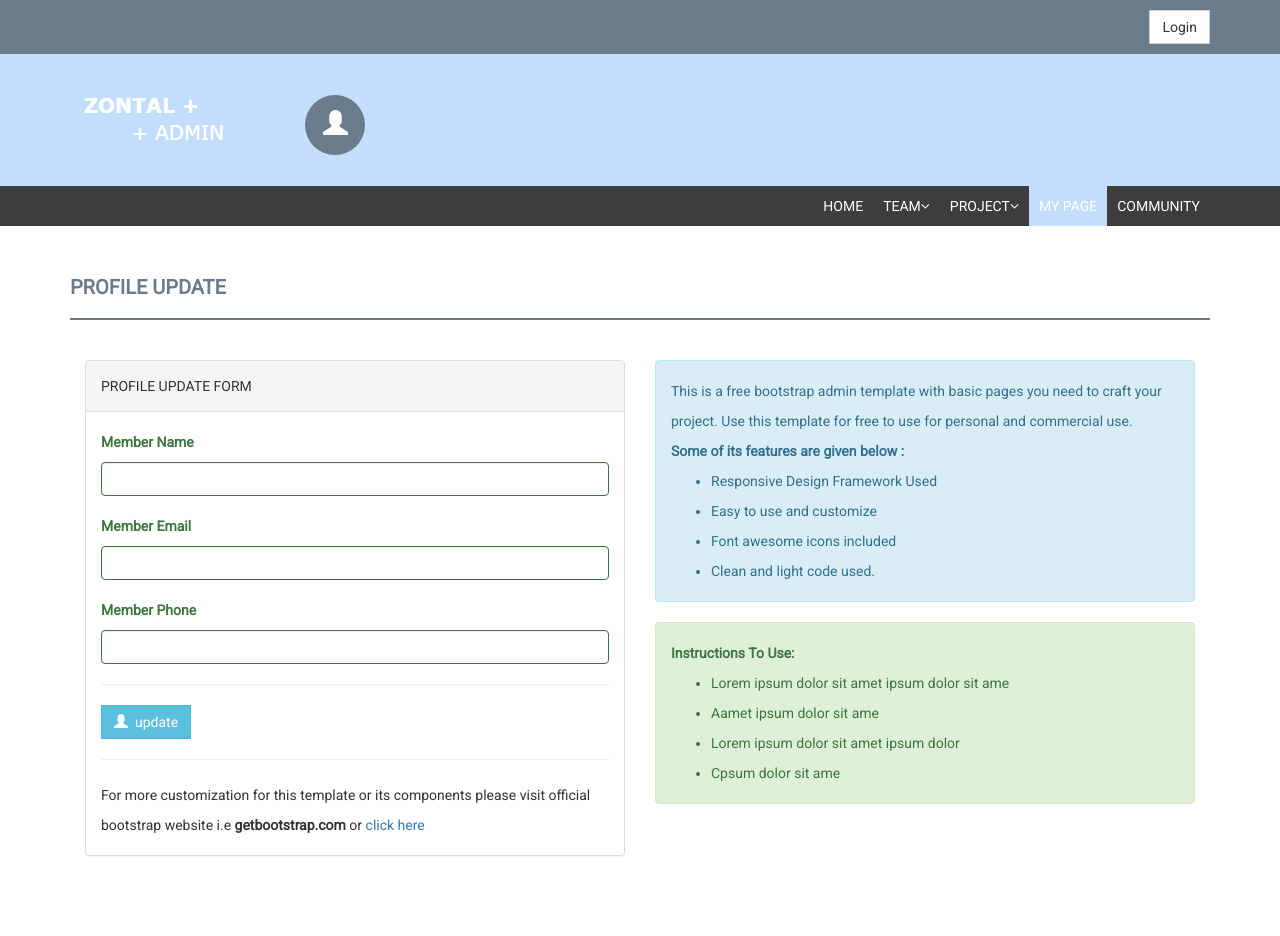
Repository: hwju91/skuniv
Page: http://localhost/0903.2/WEB-INF/jsp/mypage/profileupdateform.jsp
The author's editor kept a copy of each file at every save. The page is drawn from the files as they stood at one save, then again after the next save.
The browser window is 1280 px wide. The pictures show the whole page.
The page is served by Tomcat 9. Nobody is signed in. Other server files are loaded and not shown. The template is opened directly, without the code that normally fills it, so the values that code supplies are empty.

Above is the page before, as saved 2016-09-09 16:02:21.

### 0903.2/WebContent/WEB-INF/jsp/mypage/profileupdateform.jsp
<%@ page language="java" contentType="text/html; charset=UTF-8"
    pageEncoding="UTF-8"%>
    <%@taglib prefix="c" uri="http://java.sun.com/jsp/jstl/core"%>
<jsp:include page="../header_basic.jsp" />
<jsp:include page="../nav.jsp" />
<jsp:include page="../menu_mypage.jsp" />
<!DOCTYPE html PUBLIC "-//W3C//DTD HTML 4.01 Transitional//EN" "http://www.w3.org/TR/html4/loose.dtd">
<html>
<head>
<meta http-equiv="Content-Type" content="text/html; charset=UTF-8">
<title>Insert title here</title>
</head>
<body>


					<div class="row">
						<div class="col-md-12">
							<h4 class="page-head-line">profile update</h4>
						</div>
					</div>
			  					<div class="col-md-6">
			                        <div class="panel panel-default">
			                        <div class="panel-heading">
			                          PROFILE UPDATE FORM
			                        </div>
			                        <div class="panel-body">
                            			<form action="profileupdate" method="post">

                                        <div class="form-group has-success">
                                            <label class="control-label" for="success">Member Name</label>
                                            <input type="text" class="form-control" name="name" id="success" value="${member.name}"/>
                                        </div>
                                        <div class="form-group has-success">
                                            <label class="control-label" for="success">Member Email</label>
                                            <input type="text" class="form-control" name="email" id="success" value="${member.email}"/>
                                        </div>
                                        <div class="form-group has-success">
                                            <label class="control-label" for="success">Member Phone</label>
                                            <input type="text" class="form-control" name="phone" id="success" value="${member.phone}"/>
                                        </div>


                                        <hr/>
                                        <button type="submit" class="btn btn-info"><span class="glyphicon glyphicon-user"></span> &nbsp;update</button>&nbsp;
                                    </form>
                            <hr />



                            For more customization for this template or its components please
                             visit official bootstrap website i.e <strong> getbootstrap.com </strong> or
                            <a href="http://getbootstrap.com/css/#forms" target="_blank">click here</a>

                        </div>
                            </div>
                        </div>
                         <div class="col-md-6">
                    <div class="alert alert-info">
                        This is a free bootstrap admin template with basic pages you need to craft your project.
                        Use this template for free to use for personal and commercial use.
                        <br />
                         <strong> Some of its features are given below :</strong>
                        <ul>
                            <li>
                                Responsive Design Framework Used
                            </li>
                            <li>
                                Easy to use and customize
                            </li>
                            <li>
                                Font awesome icons included
                            </li>
                            <li>
                                Clean and light code used.
                            </li>
                        </ul>

                    </div>
                    <div class="alert alert-success">
                         <strong> Instructions To Use:</strong>
                        <ul>
                            <li>
                               Lorem ipsum dolor sit amet ipsum dolor sit ame
                            </li>
                            <li>
                                 Aamet ipsum dolor sit ame
                            </li>
                            <li>
                               Lorem ipsum dolor sit amet ipsum dolor
                            </li>
                            <li>
                                 Cpsum dolor sit ame
                            </li>
                        </ul>

                    </div>
                </div>

</body>
</html>

### 0903.2/WebContent/WEB-INF/jsp/header_basic.jsp
<%@ page language="java" contentType="text/html; charset=UTF-8"
    pageEncoding="UTF-8"%>
<!DOCTYPE html PUBLIC "-//W3C//DTD HTML 4.01 Transitional//EN" "http://www.w3.org/TR/html4/loose.dtd">
<html>
<head>
    <title>Winder</title>

    <link href="css/bootstrap.css" rel="stylesheet" />
    <link href="css/font-awesome.css" rel="stylesheet" />
    <link href="css/style.css" rel="stylesheet" />
    <!-- <link rel="stylesheet" href="https://cdnjs.cloudflare.com/ajax/libs/ionicons/2.0.1/css/ionicons.min.css"> -->

</head>
</head>

### 0903.2/WebContent/WEB-INF/jsp/nav.jsp
<%@ page language="java" contentType="text/html; charset=UTF-8"
    pageEncoding="UTF-8"%>
<body>
    <header>
        <div class="container">
            <div class="row">
                <div class="col-md-12">
                    <!-- <strong>Email: </strong>info@yourdomain.com
                    &nbsp;&nbsp;
                    <strong>Support: </strong>+90-897-678-44 -->
                    <%
                    if("loginok".equals((String)session.getAttribute("loginchk"))){
                    	%>
                    	<a class="btn btn-default" href="logout">Logout</a>
                    <%}
                    else{
                    %>
                    	<a class="btn btn-default" href="login">Login</a>
                    <% }%>

                </div>

            </div>
        </div>
    </header>
    <!-- HEADER END-->
    <div class="navbar navbar-inverse set-radius-zero">
        <div class="container">
            <div class="navbar-header">
                <button type="button" class="navbar-toggle" data-toggle="collapse" data-target=".navbar-collapse">
                    <span class="icon-bar"></span>
                    <span class="icon-bar"></span>
                    <span class="icon-bar"></span>
                </button>
                <a class="navbar-brand" href="index.html">
                    <img src="img/logo.png" />
                </a>

            </div>

            <div class="left-div">
                <div class="user-settings-wrapper">
                    <ul class="nav">

                        <li class="dropdown">
                            <a class="dropdown-toggle" data-toggle="dropdown" href="#" aria-expanded="false">
                                <span class="glyphicon glyphicon-user" style="font-size: 25px;"></span>
                            </a>
                            <div class="dropdown-menu dropdown-settings" style="color: #fff">
                                <div class="media">
                                    <a class="media-left" href="#">
                                        <img src="img/64-64.jpg" alt="" class="img-rounded" />
                                    </a>
                                    <div class="media-body">
                                        <h4 class="media-heading">Jhon Deo Alex </h4>
                                        <h5>Developer & Designer</h5>

                                    </div>
                                </div>
                                <hr />
                                <h5><strong>Personal Bio : </strong></h5>
                                Anim pariatur cliche reprehen derit.
                                <hr />
                                <a href="#" class="btn btn-info btn-sm">Full Profile</a>&nbsp; <a href="login.html" class="btn btn-danger btn-sm">Logout</a>

                            </div>
                        </li>


                    </ul>
                </div>
            </div>
        </div>
    </div>
    <!-- LOGO HEADER END-->

### 0903.2/WebContent/WEB-INF/jsp/menu_mypage.jsp
<%@ page language="java" contentType="text/html; charset=UTF-8"
    pageEncoding="UTF-8"%>
<%@taglib prefix="c"  uri="http://java.sun.com/jsp/jstl/core" %>
<section class="menu-section">
        <div class="container">
            <div class="row">
                <div class="col-md-12">
                    <div class="navbar-collapse collapse ">
                        <ul id="menu-top" class="nav navbar-nav navbar-right">
                            <li><a class="menu-top" href="home">Home</a></li>
                            <li class="dropdown">
                                <a href="#" class="dropdown-toggle" data-toggle="dropdown">Team<i class="fa fa-angle-down"></i></a>
                                <ul class="dropdown-menu">
                                    <li><a href="teamCreateform">팀 생성</a></li>
                                    <c:forEach items="${teammenu }" var="tmenu">
                                    <li><a href="projectlist?tno=${tmenu.tno }">${tmenu.name }</a></li>
                                    </c:forEach>
                                </ul>
                            </li>
                            <li class="dropdown">
                                <a href="#" class="dropdown-toggle" data-toggle="dropdown">Project<i class="fa fa-angle-down"></i></a>
                                <ul class="dropdown-menu">
                                    <li><a href="projectform">프로젝트 생성</a></li>
                                    <c:forEach items="${projectmenu }" var="pmenu">
                                    <li><a href="projectmain?pno=${pmenu.pno }">${pmenu.name }</a></li>
                                    </c:forEach>
                                </ul>
                            </li>
                             <li><a class="menu-top-active" href="mypage">My Page</a></li>
							 <li><a href="communitylist">Community</a></li>
                        </ul>
                    </div>
                </div>

            </div>
        </div>
    </section>
    <!-- MENU SECTION END-->
    <div class="content-wrapper">
        <div class="container">

### 0903.2/WebContent/css/style.css

/*=============================================================
    Authour URL: www.designbootstrap.com

    http://www.designbootstrap.com/

    License: MIT

    http://opensource.org/licenses/MIT

    100% Free To use For Personal And Commercial Use.

    IN EXCHANGE JUST TELL PEOPLE ABOUT THIS WEBSITE

========================================================  */


/* =============================================================
   GENERAL STYLES
 ============================================================ */

@import url(http://fonts.googleapis.com/css?family=Roboto); /* FREE GOOGLE FONT */

body {
    font-family: 'Roboto', sans-serif;
    line-height: 30px;
}

.set-radius-zero {
    border-radius: 0px;
    -moz-border-radius: 0px;
    -webkit-border-radius: 0px;
}

.content-wrapper {
    margin-top: 40px;
    min-height: 600px;
    padding-bottom: 60px;
}

.page-head-line {
    font-weight: 900;
    padding-bottom: 20px;
    border-bottom: 2px solid #6A7B8B;
    text-transform: uppercase;
    color: #6A7B8B;
    font-size: 20px;
    margin-bottom: 40px;
}

.btn {
    border-radius: 0px;
    -webkit-border-radius: 0px;
    -moz-border-radius: 0px;
}

.progress {
    height: 8px;
    border-radius: 0px;
    -webkit-border-radius: 0px;
    -moz-border-radius: 0px;
}
.login-icon {
    height: 60px;
width: 60px;
padding: 13px;
border-radius: 50%;
font-size: 30px;
margin-bottom: 20px;
color: #fff;
text-align: center;
cursor:pointer;
background-color:#6A7B8B;
-webkit-border-radius:50%;
    -moz-border-radius:50%;
}
/* =============================================================
   HEADER SECTION STYLES
 ============================================================ */
header {
    background-color: #6A7B8B;
    color: #fff;
    padding: 10px;
    text-align: right;
}


/* =============================================================
   LOGO SECTION STYLES
 ============================================================ */
.left-div {
    padding-left: 30px;
    margin-top: 40px;
    margin-bottom: 30px;
}

.navbar-brand {
    width: 250px;
    padding-top: 30px;
}

/* USER SETTINGS DIV */
.user-settings-wrapper .nav > li > a {
    position: relative;
    display: block;
    padding: 15px 18px;
    border-radius: 50%;
    -webkit-border-radius: 50%;
    -moz-border-radius: 50%;
    height: 60px;
    width: 60px;
    background-color: #6A7B8B;
    color: #fff;
}

.user-settings-wrapper {
    margin-top: 10px;
}

    .user-settings-wrapper li {
        display: inline-block;
    }

    .user-settings-wrapper .dropdown-settings {
        width: 200px;
        padding: 10px;
    }

    .user-settings-wrapper .nav > li > a:hover,.user-settings-wrapper .nav > li > a:focus {
        text-decoration: none;
        background-color: #C4DEFF!important;
    }

    .user-settings-wrapper img {
        height: 64px;
        width: 64px;
        border: 1px solid #000000;
    }

    .user-settings-wrapper .dropdown-menu {
        margin: 0px;
        border-radius: 0px!important;
        -moz-border-radius: 0px!important;
        -webkit-border-radius: 0px!important;
    }

    .user-settings-wrapper .btn {
        border-radius: 0px!important;
        -moz-border-radius: 0px!important;
        -webkit-border-radius: 0px!important;
    }

    .user-settings-wrapper .media-heading {
        padding-top: 10px;
    }

/* MENU LINKS SECTION*/

.menu-section {
    background-color: #3D3D3D;
}

#menu-top a {
    color: #FFF;
    text-decoration: none;
    font-weight: 500;
    padding: 10px 10px 10px 10px;
    text-transform: uppercase;
}

.menu-top-active {
    background-color: #C4DEFF;
}

.menu-section .nav > li > a:hover,.menu-section .nav > li > a:focus {
    background-color: #6A7B8B!important;
}

.menu-section .dropdown-menu > li > a:hover,.menu-section .dropdown-menu > li > a:focus {
    background-color: #6A7B8B!important;
}

.navbar-inverse {
    background-color: #C4DEFF;
    border-color: transparent;
}

.navbar-toggle {
    background-color: #6A7B8B;
    border: 1px solid #fff;
}

.navbar {
    margin-bottom: 0px;
}
/* =============================================================
   FOOTER SECTION STYLES
 ============================================================ */
footer {
    padding: 10px;
    color: #fff;
    font-size: 12px;
    background-color: #C4DEFF;
}

    footer a, footer a:hover {
        color: #fff;
        text-decoration: none;
    }

/*==============================================
    DASHBOARD  STYLES
 =============================================*/

/* DASHBOARD ICONS */

.bk-clr-one {
    background-color: #B9B739;
}

.bk-clr-two {
    background-color: #F94C4C;
}

.bk-clr-three {
    background-color: #119c7e;
}

.bk-clr-four {
    background-color: #b739b9;
}

.dashboard-div-icon {
    height: 75px;
    width: 75px;
    border: 2px solid #fff;
    padding: 20px;
    border-radius: 50%;
    -webkit-border-radius:50%;
    -moz-border-radius:50%;
    font-size: 30px;
    margin-bottom: 20px;
    color: #fff;
}

.dashboard-div-wrapper {
    border-radius: 5px;
    text-align: center;
    padding: 15px;
    color: #fff;
    margin-bottom: 50px;
}

    .dashboard-div-wrapper .progress {
        height: 2px;
    }

/* NOTICE BOARD */


.notice-board .panel {
    border-radius: 0px;
    -webkit-border-radius: 0px;
    -moz-border-radius: 0px;
}

.notice-board ul {
    padding-left: 0px;
    list-style: none;
}

.notice-board li {
    padding: 10px;
    border-bottom: 1px solid #E5E5E5;
}

    .notice-board li span {
        margin-right: 10px;
        border: 1px solid #DBDBDB;
        padding: 5px;
    }

    .notice-board li a, li a:hover {
        text-decoration: none;
        color: #000;
    }

/* SOCIAL BUTTONS */
.btn-social {
    color: white;
    opacity: 0.8;
}

    .btn-social:hover {
        color: white;
        opacity: 1;
        text-decoration: none;
    }

.btn-facebook {
    background-color: #3b5998;
}

.btn-twitter {
    background-color: #00aced;
}

.btn-linkedin {
    background-color: #0e76a8;
}

.btn-google {
    background-color: #c32f10;
}

Loaded but not shown: 0903.2/WebContent/css/bootstrap.css (library); 0903.2/WebContent/css/font-awesome.css (library)

After the next save:
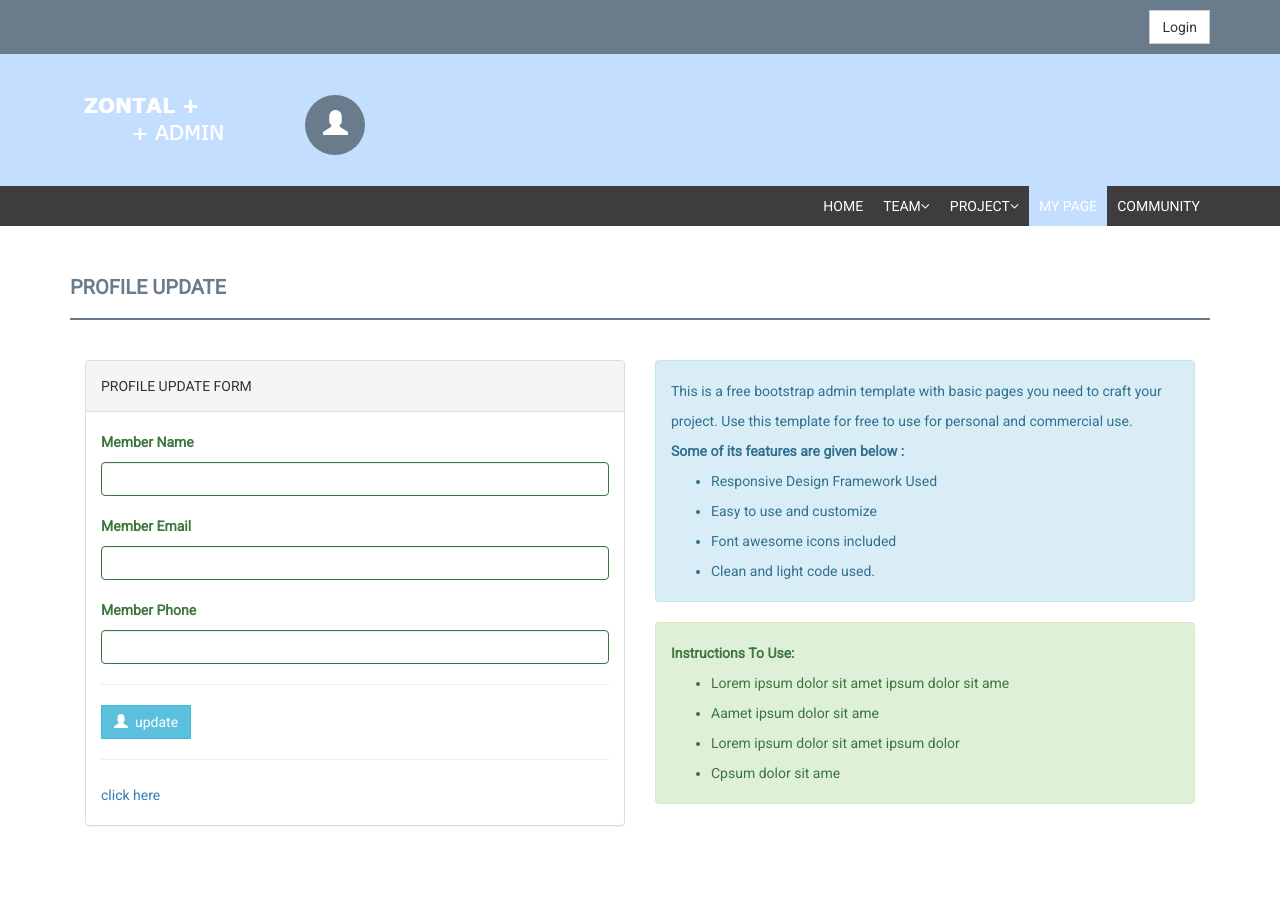
Saved 19 s later.
--- a/0903.2/WebContent/WEB-INF/jsp/mypage/profileupdateform.jsp
+++ b/0903.2/WebContent/WEB-INF/jsp/mypage/profileupdateform.jsp
@@ -47,8 +47,7 @@
 
 
 
-                            For more customization for this template or its components please
-                             visit official bootstrap website i.e <strong> getbootstrap.com </strong> or
+
                             <a href="http://getbootstrap.com/css/#forms" target="_blank">click here</a>
 
                         </div>
